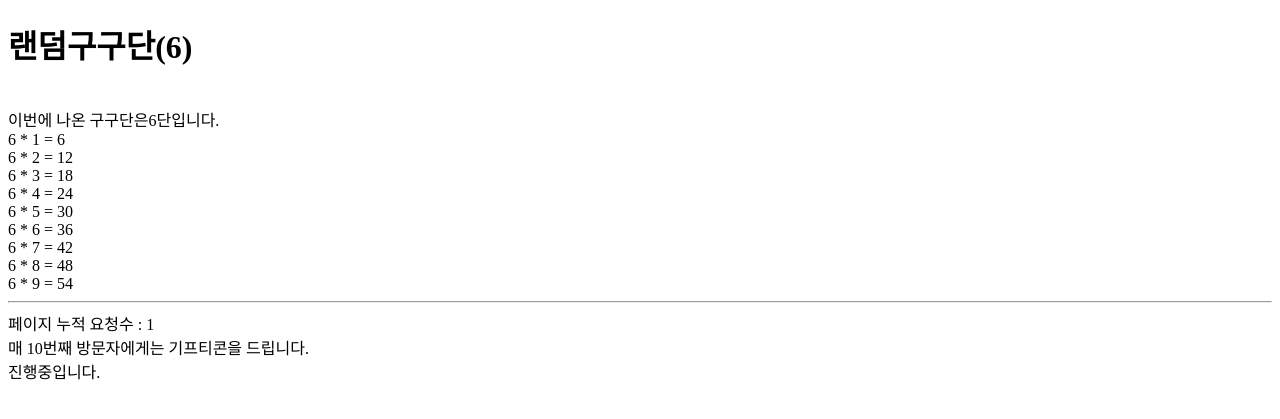
Repository: eun-chongzzz/jsp_practice
Page: http://localhost/JSPBasic/jspTag/TagQ02.jsp
An editor plug-in stored every save of this project. The page is shown before and after the next save, followed by the edit.
The browser window is 1280 px wide. The pictures show the whole page.
The page is served by Tomcat 9.

Above is the page before, as saved 2022-01-28 07:06:36.

After the next save:
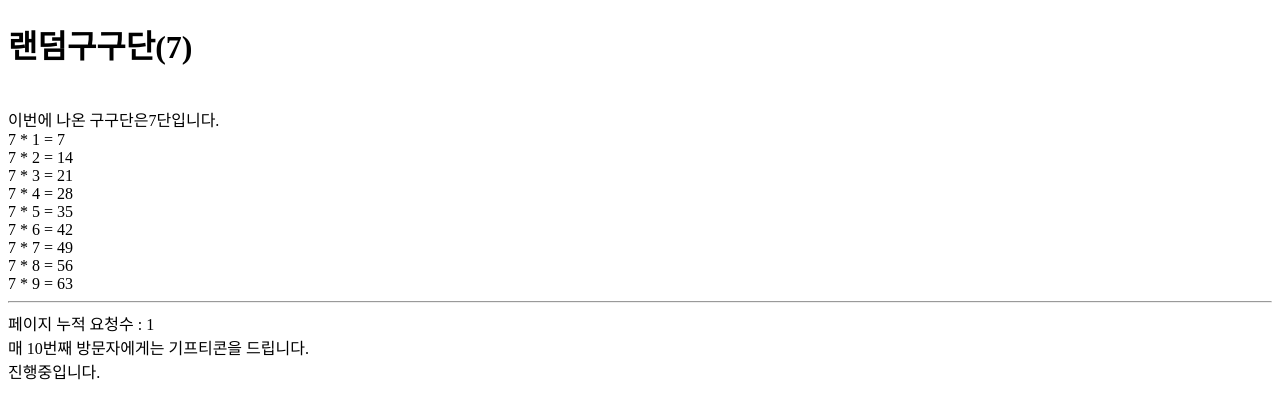
Saved 3 days later.
--- a/JSPBasic/src/main/webapp/jspTag/TagQ02.jsp
+++ b/JSPBasic/src/main/webapp/jspTag/TagQ02.jsp
@@ -13,7 +13,7 @@
 	%>
 
 	<%
-	int rN = (int)(Math.random() * 8) + 1;
+	int rN = (int)(Math.random() * 9) + 1;
 	out.println("<h1>랜덤구구단("+ rN + ")</h1>"+"<br/>");
 	out.println("이번에 나온 구구단은"+ rN + "단입니다." + "<br/>");
 	for(int j=1; j<10; j++){

After the save that followed:
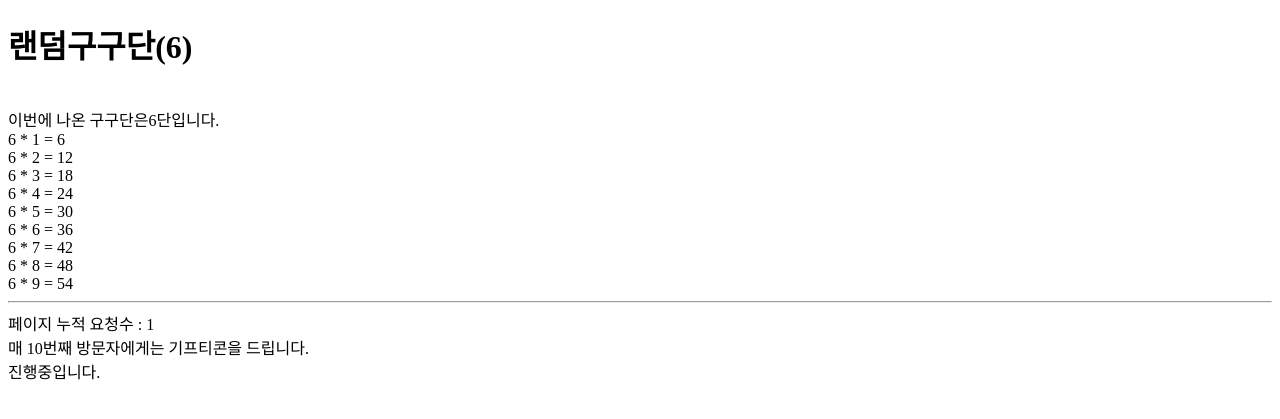
Saved 45 s later.
--- a/JSPBasic/src/main/webapp/jspTag/TagQ02.jsp
+++ b/JSPBasic/src/main/webapp/jspTag/TagQ02.jsp
@@ -13,7 +13,7 @@
 	%>
 
 	<%
-	int rN = (int)(Math.random() * 9) + 1;
+	int rN = (int)(Math.random() * 8) + 1;
 	out.println("<h1>랜덤구구단("+ rN + ")</h1>"+"<br/>");
 	out.println("이번에 나온 구구단은"+ rN + "단입니다." + "<br/>");
 	for(int j=1; j<10; j++){
